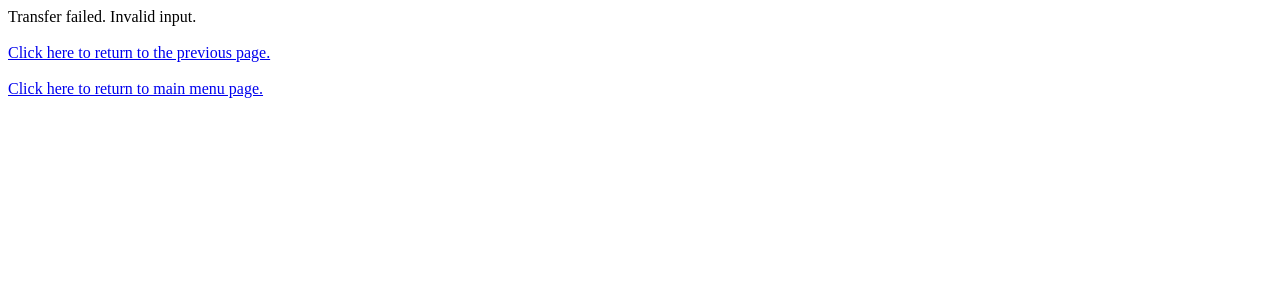
Repository: kingron98/SoftEng-Bank-Web-Application-
Page: http://localhost/SE3_BankWebApp/transferFailure.jsp
An editor plug-in stored every save of this project. The page is shown before and after the next save, followed by the edit.
The browser window is 1280 px wide. The pictures show the whole page.
The page is served by Tomcat 9.

Above is the page before, as saved 2020-12-13 18:22:20.

After the next save:
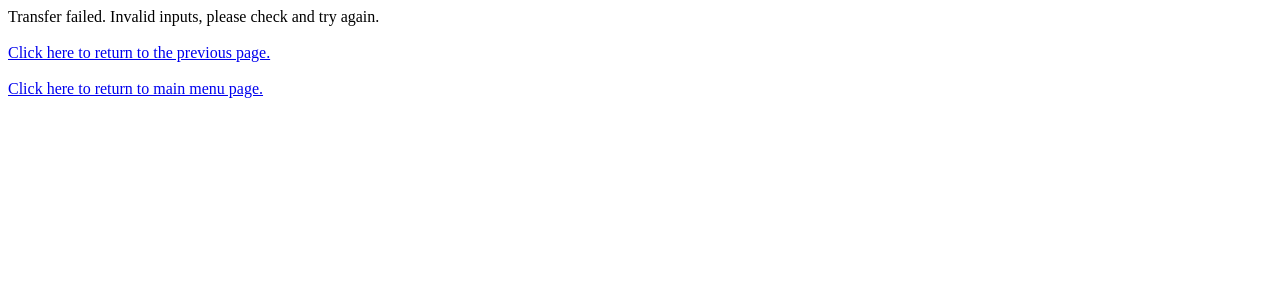
Saved 26 s later.
--- a/SE3 Bank App/Java/Workspace/SE3_BankWebApp/WebContent/transferFailure.jsp
+++ b/SE3 Bank App/Java/Workspace/SE3_BankWebApp/WebContent/transferFailure.jsp
@@ -9,7 +9,7 @@
 </head>
 
 <body>
-	Transfer failed. Invalid input.
+	Transfer failed. Invalid inputs, please check and try again.
 	<br/>
 	<br/>
 	<a href="displayTransferFunds.jsp">Click here to return to the previous page.</a>
